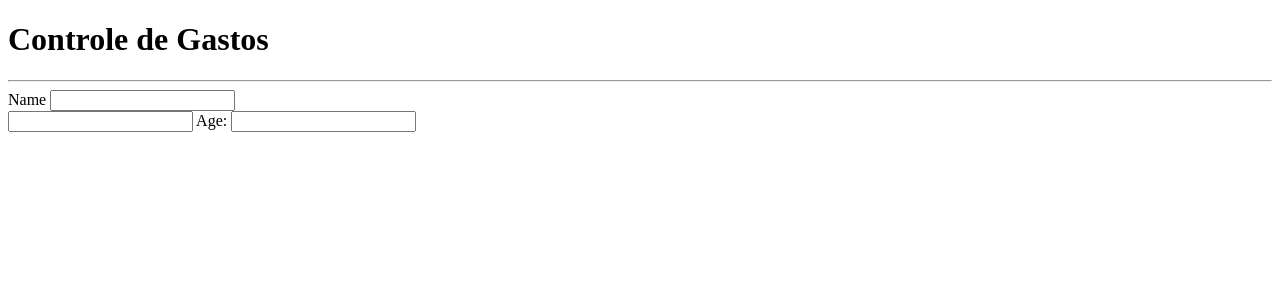
Repository: MarcioFreitasUFSC21/FrontEnd-part-1
Page: index.html
An editor plug-in stored every save of this project. The page is shown before and after the next save, followed by the edit.
The browser window is 1280 px wide. The pictures show the whole page.

Above is the page before, as saved 2023-04-22 19:00:37.

After the next save:
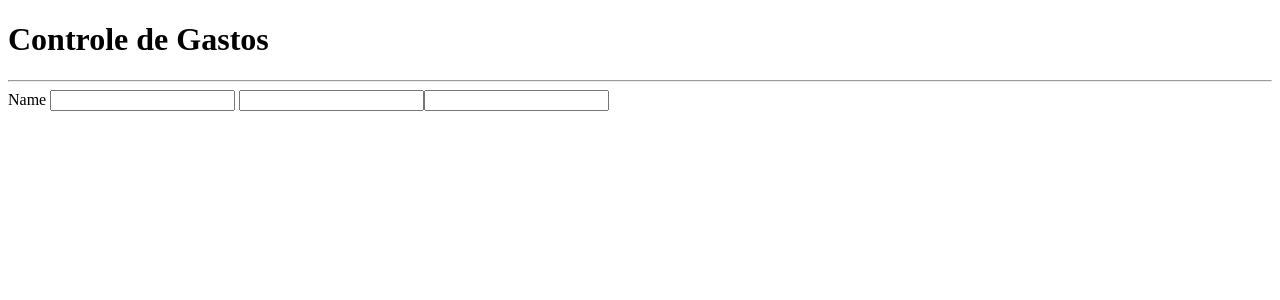
Saved 14 s later.
--- a/index.html
+++ b/index.html
@@ -9,8 +9,8 @@
 <body>
     <h1> Controle de Gastos</h1>
     <hr>
-    <label type = "Name"> Name</label> <input type = "text" ></body></input><br>
-    <input type = "number" > Age: </body></input><input type = "text" ></body></input>
+    <label type = "Name"> Name</label> <input type = "text" ></body></input>
+    <input type = "text" ></body></input><input type = "text" ></body></input>
 
 </body>
 </html>
